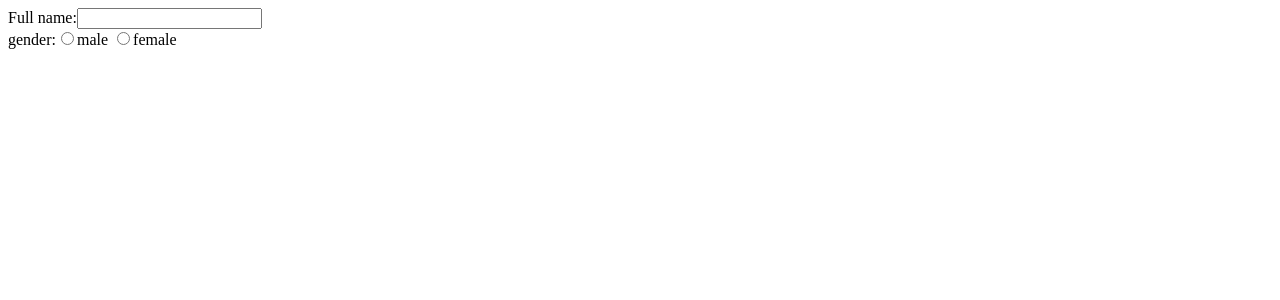
Repository: riishraj1821/Learning-with-maven
Page: http://localhost/form_under_JSP/form.jsp
The author's editor kept a copy of each file at every save. The page is drawn from the files as they stood at one save, then again after the next save.
The browser window is 1280 px wide. The pictures show the whole page.
The page is served by Tomcat 9.

Above is the page before, as saved 2024-10-08 11:28:14.

### form_under_JSP/src/main/webapp/form.jsp
<%@ page language="java" contentType="text/html; charset=UTF-8"
    pageEncoding="UTF-8"%>
<!DOCTYPE html>
<html>
<head>
<meta charset="UTF-8">
<title>form</title>
</head>
<body>
<form action="submit.jsp" method="post">
Full name:<input type="text" name="name"/><br/>
gender:<input type="radio" name="gender" value="male"/>male <input type="radio" name="gender" value="female"/>female
</form>
</body>
</html>

After the next save:
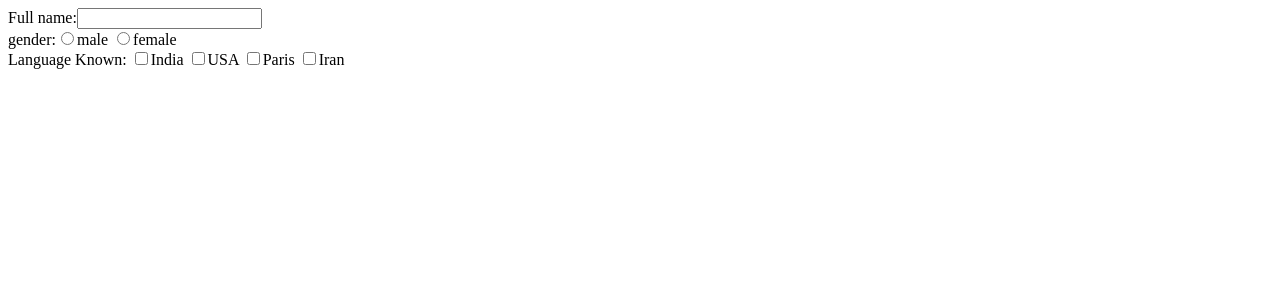
Saved 2 min 18 s later.
--- a/form_under_JSP/src/main/webapp/form.jsp
+++ b/form_under_JSP/src/main/webapp/form.jsp
@@ -9,7 +9,11 @@
 <body>
 <form action="submit.jsp" method="post">
 Full name:<input type="text" name="name"/><br/>
-gender:<input type="radio" name="gender" value="male"/>male <input type="radio" name="gender" value="female"/>female
+gender:<input type="radio" name="gender" value="male"/>male <input type="radio" name="gender" value="female"/>female<br/>
+Language Known: <input type="checkbox" name="language" value="India"/>India
+				<input type="checkbox" name="language" value="USA"/>USA
+				<input type="checkbox" name="language" value="Paris"/>Paris
+				<input type="checkbox" name="language" value="Iran"/>Iran
 </form>
 </body>
 </html>
